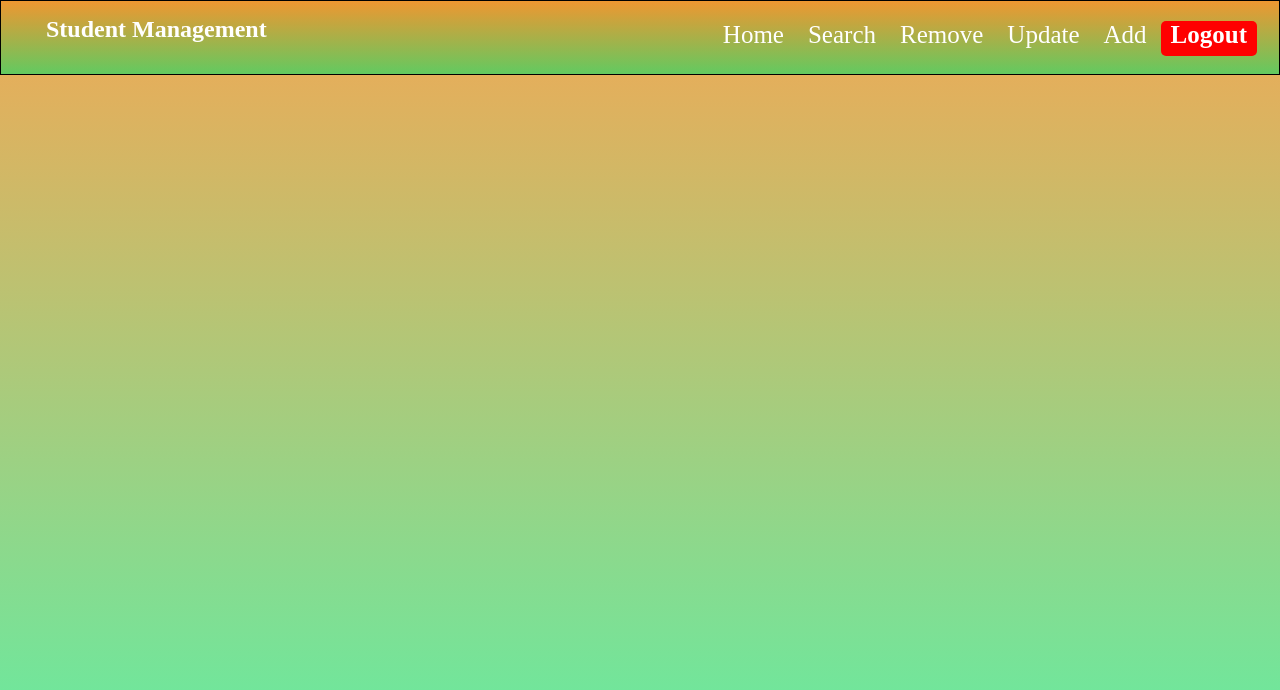
Repository: vishaltawar/J2EE-WEJE-2
Page: http://localhost/studentapp/AdminHome.jsp
An editor plug-in stored every save of this project. The page is shown before and after the next save, followed by the edit.
The browser window is 1280 px wide. The pictures show the whole page.
The page is served by Tomcat 9.

Above is the page before, as saved 2022-12-26 07:00:27.

After the next save:
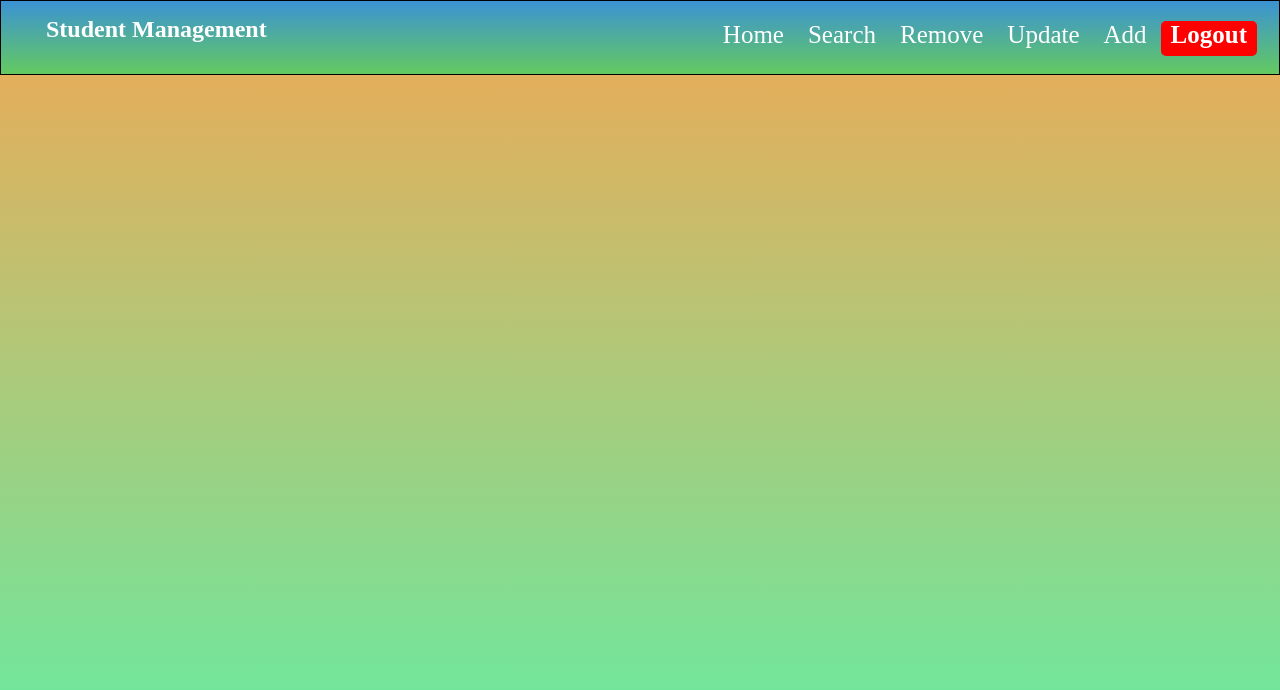
Saved 7 min 28 s later.
--- a/studentapp/src/main/webapp/AdminHome.jsp
+++ b/studentapp/src/main/webapp/AdminHome.jsp
@@ -28,7 +28,7 @@
 
 
             height: 75px;
-            background: linear-gradient(rgba(238, 146, 40, 0.795),rgba(20, 218, 99, 0.624));
+            background: linear-gradient(rgb(4 140 250 / 77%),rgb(20 218 99 / 62%));
             display: flex;
             justify-content: space-between;
         }
